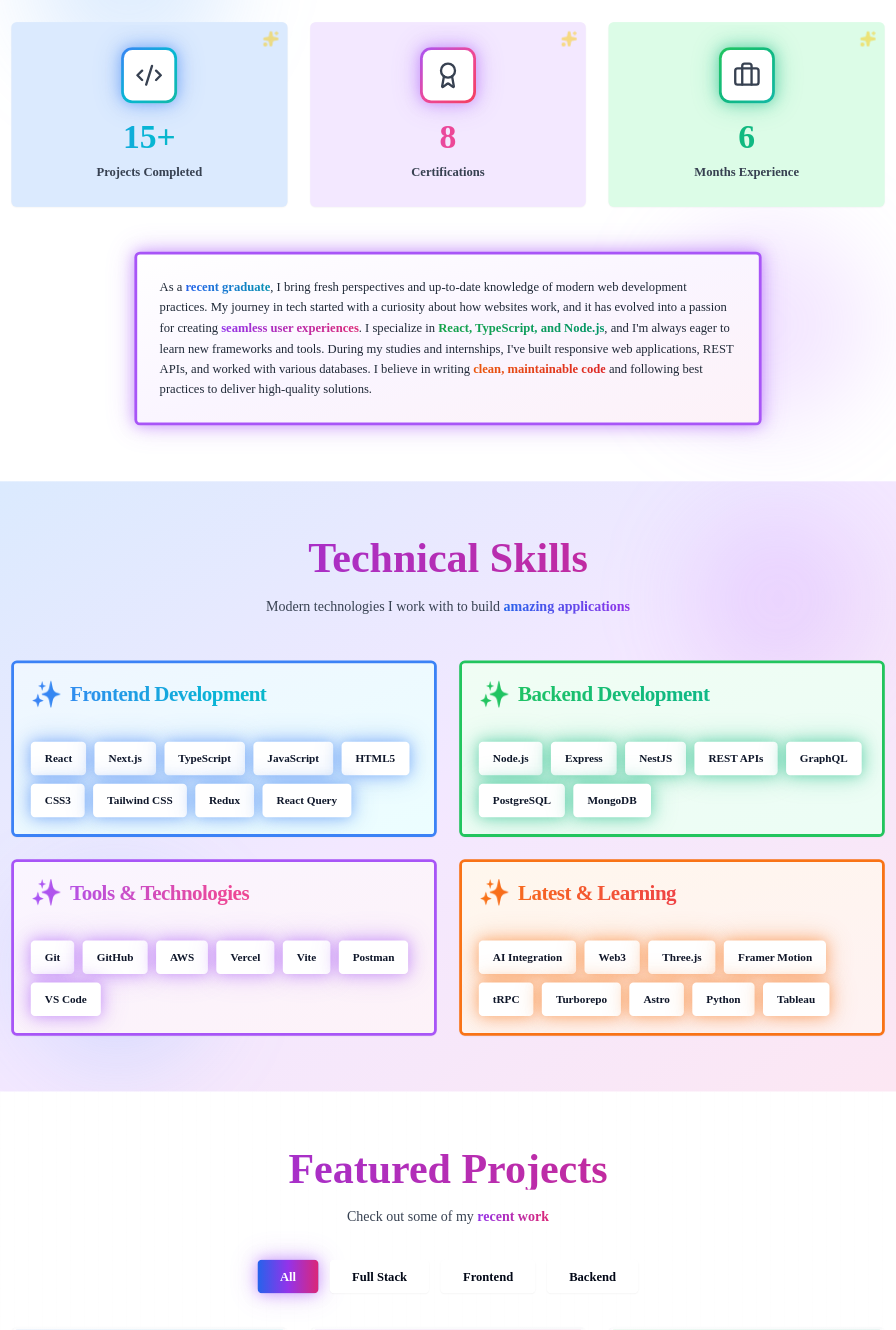
Repository: sm6746/PORTFOLIO
Page: /
An editor plug-in stored every save of this project. The page is shown before and after the next save, followed by the edit.
The browser window is 1280 px wide. The pictures show the part of the page from y = 981 to 2881 px (the page is 8297 px tall before and 8357 px after), at 70% of full size.
Pictures or frames that could not be fetched are drawn as grey boxes. The project was rebuilt for these pictures with package versions that can differ from the ones it lists, and the page was loaded fresh each time. Also part of the build but not shown: vite.config.ts.

Above is the page before, as saved 2025-11-06 21:16:45.

### index.html
<!DOCTYPE html>
<html lang="en">
  <head>
    <meta charset="UTF-8" />
    <link rel="icon" type="image/svg+xml" href="/favicon.svg" />
    <meta name="viewport" content="width=device-width, initial-scale=1.0" />
    <title>Portfolio</title>
  </head>
  <body>
    <div id="root"></div>
    <script type="module" src="/app/main.tsx"></script>
  </body>
</html>

### app/main.tsx
import React from 'react'
import ReactDOM from 'react-dom/client'
import App from './app'
import './globals.css'

ReactDOM.createRoot(document.getElementById('root')!).render(
  <React.StrictMode>
    <App />
  </React.StrictMode>,
)

### app/app.tsx
import { ThemeProvider } from '@/lib/theme-context';
import { Header } from '@/components/header';
import { HeroSection } from '@/components/hero-section';
import { AboutSection } from '@/components/about-section';
import { SkillsSection } from '@/components/skills-section';
import { ProjectsSection } from '@/components/projects-section';
import { ExperienceSection } from '@/components/experience-section';
import { CertificationsSection } from '@/components/certifications-section';
import { ContactSection } from '@/components/contact-section';
import { Footer } from '@/components/footer';
import { ScrollToTop } from '@/components/scroll-to-top';

function App() {
  return (
    <ThemeProvider>
      <div className="min-h-screen bg-white dark:bg-gray-900 transition-colors duration-300">
        <Header />
        <main>
          <HeroSection />
          <AboutSection />
          <SkillsSection />
          <ProjectsSection />
          <ExperienceSection />
          <CertificationsSection />
          <ContactSection />
        </main>
        <Footer />
        <ScrollToTop />
      </div>
    </ThemeProvider>
  );
}

export default App;

### lib/theme-context.tsx
import React, { createContext, useContext, useEffect, useState } from 'react';

type Theme = 'light' | 'dark';

type ThemeContextType = {
  theme: Theme;
  toggleTheme: () => void;
};

const ThemeContext = createContext<ThemeContextType | undefined>(undefined);

export function ThemeProvider({ children }: { children: React.ReactNode }) {
  const [theme, setTheme] = useState<Theme>(() => {
    const stored = localStorage.getItem('portfolio-theme');
    return (stored as Theme) || 'light';
  });

  useEffect(() => {
    localStorage.setItem('portfolio-theme', theme);
    document.documentElement.classList.toggle('dark', theme === 'dark');
  }, [theme]);

  const toggleTheme = () => {
    setTheme(prev => (prev === 'light' ? 'dark' : 'light'));
  };

  return (
    <ThemeContext.Provider value={{ theme, toggleTheme }}>
      {children}
    </ThemeContext.Provider>
  );
}

export function useTheme() {
  const context = useContext(ThemeContext);
  if (!context) {
    throw new Error('useTheme must be used within ThemeProvider');
  }
  return context;
}

### components/skills-section.tsx
import { Badge } from '@/components/ui/badge';
import { Card, CardContent, CardHeader, CardTitle } from '@/components/ui/card';
import { useScrollAnimation } from '@/hooks/use-scroll-animation';

export function SkillsSection() {
  const { ref, isVisible } = useScrollAnimation();

  const skillCategories = [
    {
      title: 'Frontend Development',
      color: 'from-blue-500 via-cyan-500 to-teal-500',
      bgColor: 'bg-gradient-to-br from-blue-50 to-cyan-50 dark:from-blue-950/50 dark:to-cyan-950/50',
      borderColor: 'border-blue-500',
      glowClass: 'glow-blue',
      skills: [
        'React', 'Next.js', 'TypeScript', 'JavaScript', 'HTML5', 'CSS3',
        'Tailwind CSS', 'Redux', 'React Query'
      ],
    },
    {
      title: 'Backend Development',
      color: 'from-green-500 via-emerald-500 to-teal-500',
      bgColor: 'bg-gradient-to-br from-green-50 to-emerald-50 dark:from-green-950/50 dark:to-emerald-950/50',
      borderColor: 'border-green-500',
      glowClass: 'glow-green',
      skills: [
        'Node.js', 'Express', 'NestJS', 'REST APIs', 'GraphQL',
        'PostgreSQL', 'MongoDB'
      ],
    },
    {
      title: 'Tools & Technologies',
      color: 'from-purple-500 via-pink-500 to-rose-500',
      bgColor: 'bg-gradient-to-br from-purple-50 to-pink-50 dark:from-purple-950/50 dark:to-pink-950/50',
      borderColor: 'border-purple-500',
      glowClass: 'glow-purple',
      skills: [
        'Git', 'GitHub', 'AWS', 'Vercel',
         'Vite', 'Postman', 'VS Code'
      ],
    },
    {
      title: 'Latest & Learning',
      color: 'from-orange-500 via-red-500 to-pink-500',
      bgColor: 'bg-gradient-to-br from-orange-50 to-red-50 dark:from-orange-950/50 dark:to-red-950/50',
      borderColor: 'border-orange-500',
      glowClass: 'glow-orange',
      skills: [
        'AI Integration', 'Web3', 'Three.js', 'Framer Motion',
        'tRPC', 'Turborepo', 'Astro', 'Python', 'Tableau'
      ],
    },
  ];

  return (
    <section
      id="skills"
      ref={ref as React.RefObject<HTMLElement>}
      className="py-20 bg-gradient-to-br from-blue-100 via-purple-100 to-pink-100 dark:from-gray-800 dark:via-purple-900/10 dark:to-blue-900/10 relative overflow-hidden"
    >
      <div className="absolute top-10 right-10 w-64 h-64 bg-purple-400/20 rounded-full blur-3xl"></div>
      <div className="absolute bottom-10 left-10 w-64 h-64 bg-blue-400/20 rounded-full blur-3xl"></div>

      <div className="container mx-auto px-4 relative z-10">
        <div
          className={`transition-all duration-1000 ${
            isVisible ? 'opacity-100 translate-y-0' : 'opacity-0 translate-y-10'
          }`}
        >
          <h2 className="text-5xl md:text-6xl font-extrabold text-center mb-6 bg-gradient-to-r from-blue-600 via-purple-600 to-pink-600 dark:from-blue-400 dark:via-purple-400 dark:to-pink-400 bg-clip-text text-transparent animate-gradient">
            Technical Skills
          </h2>
          <p className="text-center text-gray-700 dark:text-gray-300 mb-16 text-xl font-medium">
            Modern technologies I work with to build <span className="text-transparent bg-clip-text bg-gradient-to-r from-blue-600 to-purple-600 font-bold">amazing applications</span>
          </p>

          <div className="grid md:grid-cols-2 gap-8">
            {skillCategories.map((category, index) => (
              <Card
                key={index}
                className={`group hover:shadow-2xl transition-all duration-500 transform hover:-translate-y-3 hover:scale-105 border-4 ${category.borderColor} ${category.bgColor} overflow-hidden ${
                  isVisible ? 'opacity-100 translate-y-0' : 'opacity-0 translate-y-10'
                }`}
                style={{ transitionDelay: `${index * 150}ms` }}
              >
                <div className={`absolute inset-0 bg-gradient-to-br ${category.color} opacity-0 group-hover:opacity-10 transition-opacity duration-500`}></div>
                <CardHeader className="relative">
                  <CardTitle className={`text-3xl font-bold bg-gradient-to-r ${category.color} bg-clip-text text-transparent flex items-center gap-3`}>
                    <span className="text-4xl">✨</span>
                    {category.title}
                  </CardTitle>
                </CardHeader>
                <CardContent className="p-6 relative">
                  <div className="flex flex-wrap gap-3">
                    {category.skills.map((skill, skillIndex) => (
                      <Badge
                        key={skillIndex}
                        variant="secondary"
                        className={`px-5 py-3 text-base font-bold hover:scale-125 transition-all duration-300 cursor-pointer bg-white dark:bg-gray-800 hover:shadow-2xl border-3 hover:border-current transform hover:-rotate-3 ${category.glowClass}`}
                      >
                        {skill}
                      </Badge>
                    ))}
                  </div>
                </CardContent>
              </Card>
            ))}
          </div>
        </div>
      </div>
    </section>
  );
}

### components/footer.tsx
import { Github, Linkedin, Mail, Twitter } from 'lucide-react';
import { Button } from '@/components/ui/button';

export function Footer() {
  return (
    <footer className="py-12 bg-gray-900 text-white">
      <div className="container mx-auto px-4">
        <div className="flex flex-col items-center gap-6">
          <div className="text-3xl font-bold bg-gradient-to-r from-blue-400 to-purple-400 bg-clip-text text-transparent">
            SHIVANI MEHRA
          </div>
          <p className="text-gray-400 text-center max-w-md">
            Building the future, one line of code at a time. Let's create something amazing together.
          </p>
          <div className="flex gap-4">
            <Button
              variant="ghost"
              size="icon"
              className="rounded-full hover:bg-blue-600/20 text-gray-300 hover:text-white transition-all"
            >
              <Github className="h-5 w-5" />
            </Button>
            <Button
              variant="ghost"
              size="icon"
              className="rounded-full hover:bg-blue-600/20 text-gray-300 hover:text-white transition-all"
            >
              <Linkedin className="h-5 w-5" />
            </Button>
            <Button
              variant="ghost"
              size="icon"
              className="rounded-full hover:bg-blue-600/20 text-gray-300 hover:text-white transition-all"
            >
              <Twitter className="h-5 w-5" />
            </Button>
            <Button
              variant="ghost"
              size="icon"
              className="rounded-full hover:bg-blue-600/20 text-gray-300 hover:text-white transition-all"
            >
              <Mail className="h-5 w-5" />
            </Button>
          </div>
          <div className="border-t border-gray-800 pt-6 w-full text-center">
            <p className="text-gray-500 text-sm">

            </p>
          </div>
        </div>
      </div>
    </footer>
  );
}

### components/scroll-to-top.tsx
import { Button } from '@/components/ui/button';
import { ArrowUp } from 'lucide-react';
import { useEffect, useState } from 'react';

export function ScrollToTop() {
  const [isVisible, setIsVisible] = useState(false);

  useEffect(() => {
    const toggleVisibility = () => {
      setIsVisible(window.scrollY > 500);
    };

    window.addEventListener('scroll', toggleVisibility);
    return () => window.removeEventListener('scroll', toggleVisibility);
  }, []);

  const scrollToTop = () => {
    window.scrollTo({ top: 0, behavior: 'smooth' });
  };

  if (!isVisible) return null;

  return (
    <Button
      onClick={scrollToTop}
      size="icon"
      className="fixed bottom-8 right-8 z-50 rounded-full shadow-lg bg-gradient-to-r from-blue-600 to-purple-600 hover:from-blue-700 hover:to-purple-700 animate-bounce"
    >
      <ArrowUp className="h-5 w-5" />
    </Button>
  );
}

### components/ui/button.tsx
import * as React from "react"
import { Slot } from "@radix-ui/react-slot"
import { cva, type VariantProps } from "class-variance-authority"

import { cn } from "@/lib/utlis"

const buttonVariants = cva(
  "inline-flex items-center justify-center gap-2 whitespace-nowrap rounded-md text-sm font-medium transition-colors focus-visible:outline-none focus-visible:ring-1 focus-visible:ring-ring disabled:pointer-events-none disabled:opacity-50 [&_svg]:pointer-events-none [&_svg]:size-4 [&_svg]:shrink-0",
  {
    variants: {
      variant: {
        default:
          "bg-primary text-primary-foreground shadow hover:bg-primary/90",
        destructive:
          "bg-destructive text-destructive-foreground shadow-sm hover:bg-destructive/90",
        outline:
          "border border-input bg-background shadow-sm hover:bg-accent hover:text-accent-foreground",
        secondary:
          "bg-secondary text-secondary-foreground shadow-sm hover:bg-secondary/80",
        ghost: "hover:bg-accent hover:text-accent-foreground",
        link: "text-primary underline-offset-4 hover:underline",
      },
      size: {
        default: "h-9 px-4 py-2",
        sm: "h-8 rounded-md px-3 text-xs",
        lg: "h-10 rounded-md px-8",
        icon: "h-9 w-9",
      },
    },
    defaultVariants: {
      variant: "default",
      size: "default",
    },
  }
)

export interface ButtonProps
  extends React.ButtonHTMLAttributes<HTMLButtonElement>,
    VariantProps<typeof buttonVariants> {
  asChild?: boolean
}

const Button = React.forwardRef<HTMLButtonElement, ButtonProps>(
  ({ className, variant, size, asChild = false, ...props }, ref) => {
    const Comp = asChild ? Slot : "button"
    return (
      <Comp
        className={cn(buttonVariants({ variant, size, className }))}
        ref={ref}
        {...props}
      />
    )
  }
)
Button.displayName = "Button"

export { Button, buttonVariants }

### hooks/use-scroll-animation.ts
import { useEffect, useRef, useState } from 'react';

export function useScrollAnimation() {
  const ref = useRef<HTMLElement>(null);
  const [isVisible, setIsVisible] = useState(false);

  useEffect(() => {
    const observer = new IntersectionObserver(
      ([entry]) => {
        if (entry.isIntersecting) {
          setIsVisible(true);
        }
      },
      { threshold: 0.1 }
    );

    if (ref.current) {
      observer.observe(ref.current);
    }

    return () => {
      if (ref.current) {
        observer.unobserve(ref.current);
      }
    };
  }, []);

  return { ref, isVisible };
}

### components/ui/card.tsx
import * as React from "react"

import { cn } from "@/lib/utlis"

const Card = React.forwardRef<
  HTMLDivElement,
  React.HTMLAttributes<HTMLDivElement>
>(({ className, ...props }, ref) => (
  <div
    ref={ref}
    className={cn(
      "rounded-lg border bg-card text-card-foreground shadow-sm",
      className,
    )}
    {...props}
  />
))
Card.displayName = "Card"

const CardHeader = React.forwardRef<
  HTMLDivElement,
  React.HTMLAttributes<HTMLDivElement>
>(({ className, ...props }, ref) => (
  <div
    ref={ref}
    className={cn("flex flex-col space-y-1.5 p-6", className)}
    {...props}
  />
))
CardHeader.displayName = "CardHeader"

const CardTitle = React.forwardRef<
  HTMLParagraphElement,
  React.HTMLAttributes<HTMLHeadingElement>
>(({ className, ...props }, ref) => (
  <h3
    ref={ref}
    className={cn(
      "text-2xl font-semibold leading-none tracking-tight",
      className,
    )}
    {...props}
  />
))
CardTitle.displayName = "CardTitle"

const CardDescription = React.forwardRef<
  HTMLParagraphElement,
  React.HTMLAttributes<HTMLParagraphElement>
>(({ className, ...props }, ref) => (
  <p
    ref={ref}
    className={cn("text-sm text-muted-foreground", className)}
    {...props}
  />
))
CardDescription.displayName = "CardDescription"

const CardContent = React.forwardRef<
  HTMLDivElement,
  React.HTMLAttributes<HTMLDivElement>
>(({ className, ...props }, ref) => (
  <div ref={ref} className={cn("p-6 pt-0", className)} {...props} />
))
CardContent.displayName = "CardContent"

const CardFooter = React.forwardRef<
  HTMLDivElement,
  React.HTMLAttributes<HTMLDivElement>
>(({ className, ...props }, ref) => (
  <div
    ref={ref}
    className={cn("flex items-center p-6 pt-0", className)}
    {...props}
  />
))
CardFooter.displayName = "CardFooter"

export { Card, CardHeader, CardFooter, CardTitle, CardDescription, CardContent }

### components/ui/badge.tsx
import * as React from "react"
import { cva, type VariantProps } from "class-variance-authority"

import { cn } from "@/lib/utlis"

const badgeVariants = cva(
  "inline-flex items-center rounded-md border px-2.5 py-0.5 text-xs font-semibold transition-colors focus:outline-none focus:ring-2 focus:ring-ring focus:ring-offset-2",
  {
    variants: {
      variant: {
        default:
          "border-transparent bg-primary text-primary-foreground shadow hover:bg-primary/80",
        secondary:
          "border-transparent bg-secondary text-secondary-foreground hover:bg-secondary/80",
        destructive:
          "border-transparent bg-destructive text-destructive-foreground shadow hover:bg-destructive/80",
        outline: "text-foreground",
      },
    },
    defaultVariants: {
      variant: "default",
    },
  }
)

export interface BadgeProps
  extends React.HTMLAttributes<HTMLDivElement>,
    VariantProps<typeof badgeVariants> {}

function Badge({ className, variant, ...props }: BadgeProps) {
  return (
    <div className={cn(badgeVariants({ variant }), className)} {...props} />
  )
}

export { Badge, badgeVariants }

### components/ui/input.tsx
import * as React from "react"

import { cn } from "@/lib/utlis"

const Input = React.forwardRef<HTMLInputElement, React.ComponentProps<"input">>(
  ({ className, type, ...props }, ref) => {
    return (
      <input
        type={type}
        className={cn(
          "flex h-9 w-full rounded-md border border-input bg-transparent px-3 py-1 text-base shadow-sm transition-colors file:border-0 file:bg-transparent file:text-sm file:font-medium file:text-foreground placeholder:text-muted-foreground focus-visible:outline-none focus-visible:ring-1 focus-visible:ring-ring disabled:cursor-not-allowed disabled:opacity-50 md:text-sm",
          className
        )}
        ref={ref}
        {...props}
      />
    )
  }
)
Input.displayName = "Input"

export { Input }

### components/ui/textarea.tsx
import * as React from "react"

import { cn } from "@/lib/utlis"

const Textarea = React.forwardRef<
  HTMLTextAreaElement,
  React.ComponentProps<"textarea">
>(({ className, ...props }, ref) => {
  return (
    <textarea
      className={cn(
        "flex min-h-[60px] w-full rounded-md border border-input bg-transparent px-3 py-2 text-base shadow-sm placeholder:text-muted-foreground focus-visible:outline-none focus-visible:ring-1 focus-visible:ring-ring disabled:cursor-not-allowed disabled:opacity-50 md:text-sm",
        className
      )}
      ref={ref}
      {...props}
    />
  )
})
Textarea.displayName = "Textarea"

export { Textarea }

Loaded but not shown: lib/utlis.tsx (common file); tailwind.config.js (62 lines, source omitted); components/projects-section.tsx (180 lines, source omitted); components/contact-section.tsx (144 lines, source omitted); components/experience-section.tsx (143 lines, source omitted); components/certifications-section.tsx (150 lines, source omitted); components/about-section.tsx (79 lines, source omitted); components/hero-section.tsx (100 lines, source omitted); components/header.tsx (82 lines, source omitted); app/globals.css (115 lines, source omitted)

After the next save:
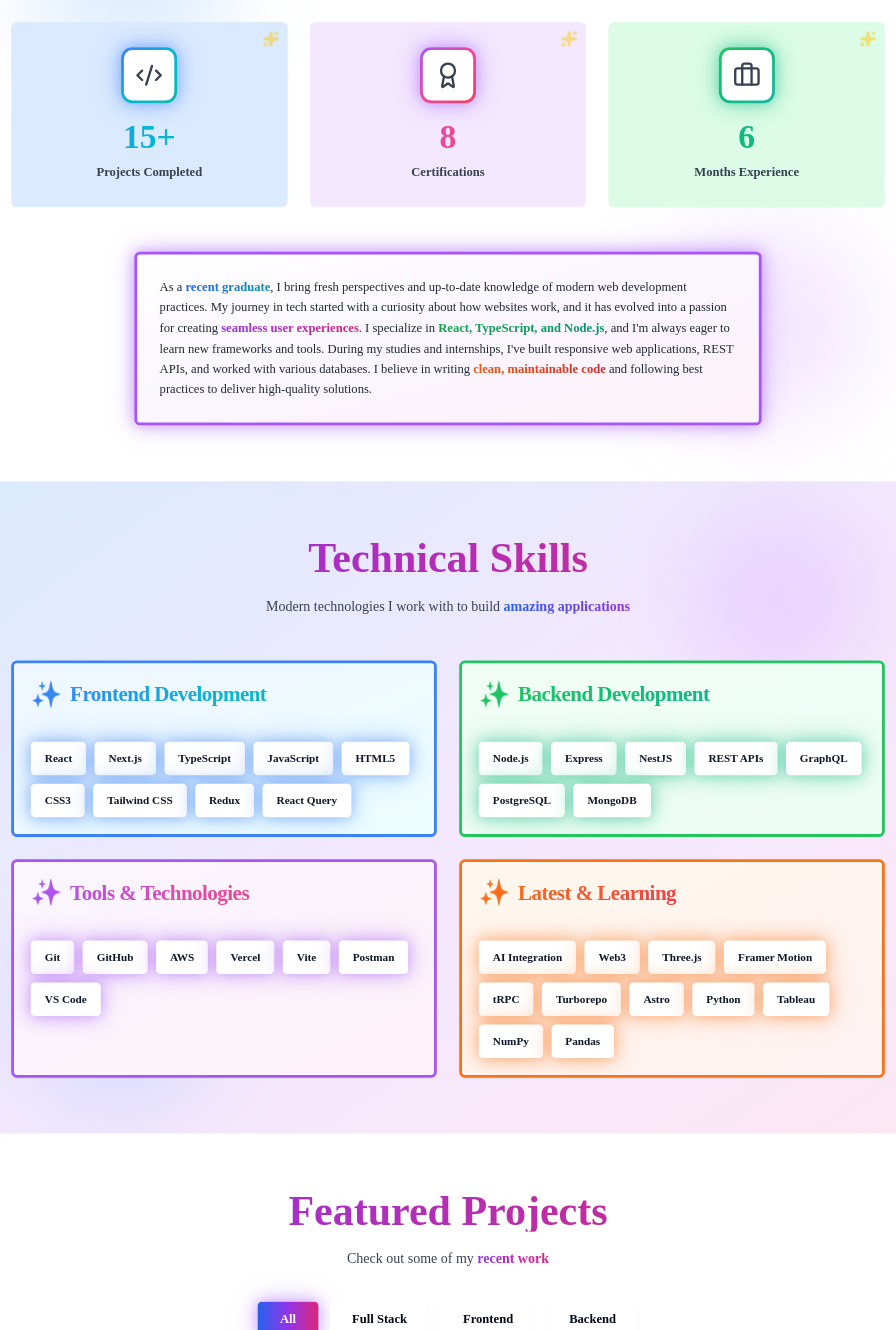
Saved 19 s later.
--- a/components/skills-section.tsx
+++ b/components/skills-section.tsx
@@ -47,7 +47,7 @@
       glowClass: 'glow-orange',
       skills: [
         'AI Integration', 'Web3', 'Three.js', 'Framer Motion',
-        'tRPC', 'Turborepo', 'Astro', 'Python', 'Tableau'
+        'tRPC', 'Turborepo', 'Astro', 'Python', 'Tableau', 'NumPy', 'Pandas'
       ],
     },
   ];

After the save that followed:
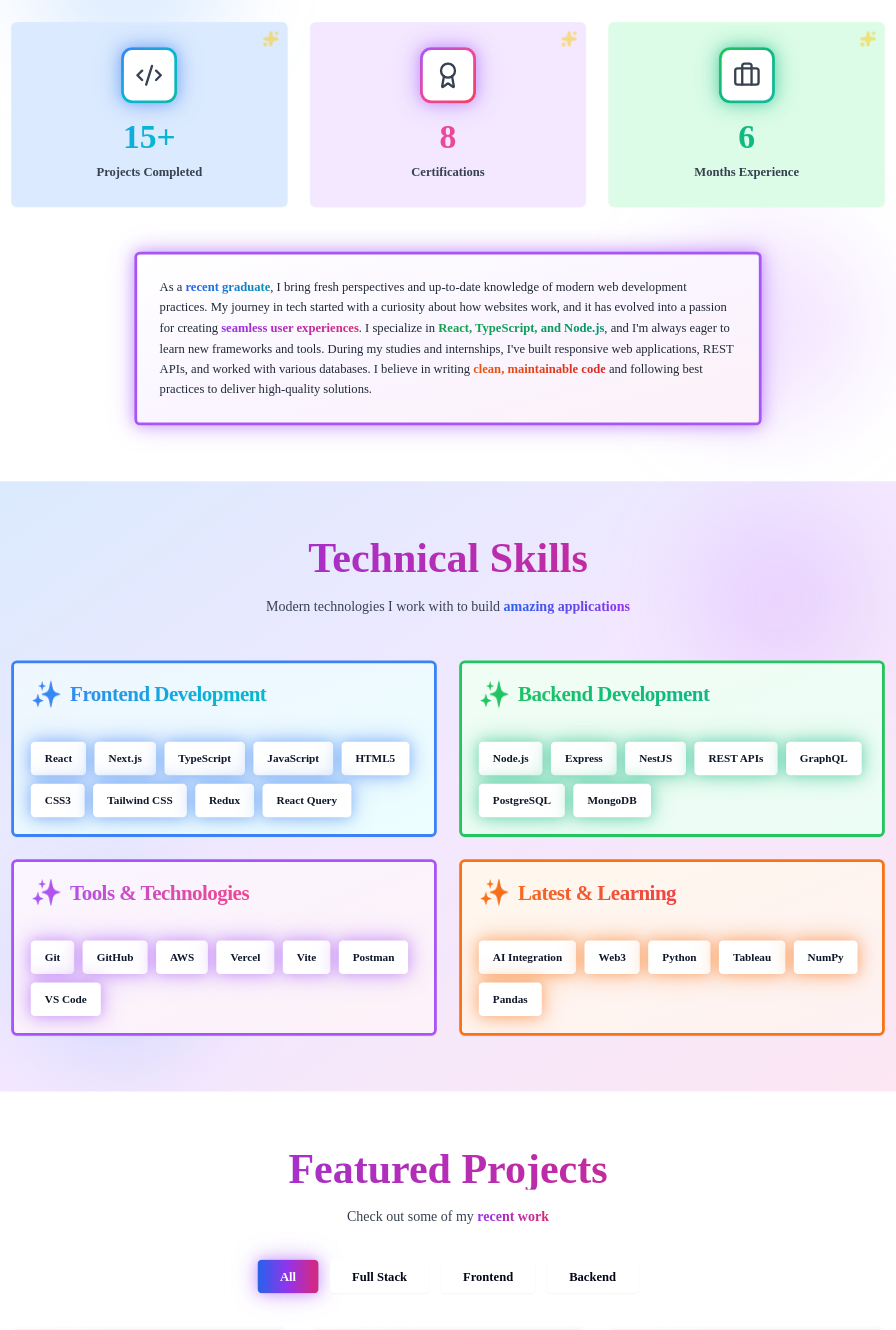
Saved 14 s later.
--- a/components/skills-section.tsx
+++ b/components/skills-section.tsx
@@ -46,8 +46,7 @@
       borderColor: 'border-orange-500',
       glowClass: 'glow-orange',
       skills: [
-        'AI Integration', 'Web3', 'Three.js', 'Framer Motion',
-        'tRPC', 'Turborepo', 'Astro', 'Python', 'Tableau', 'NumPy', 'Pandas'
+        'AI Integration', 'Web3','Python', 'Tableau', 'NumPy', 'Pandas'
       ],
     },
   ];
